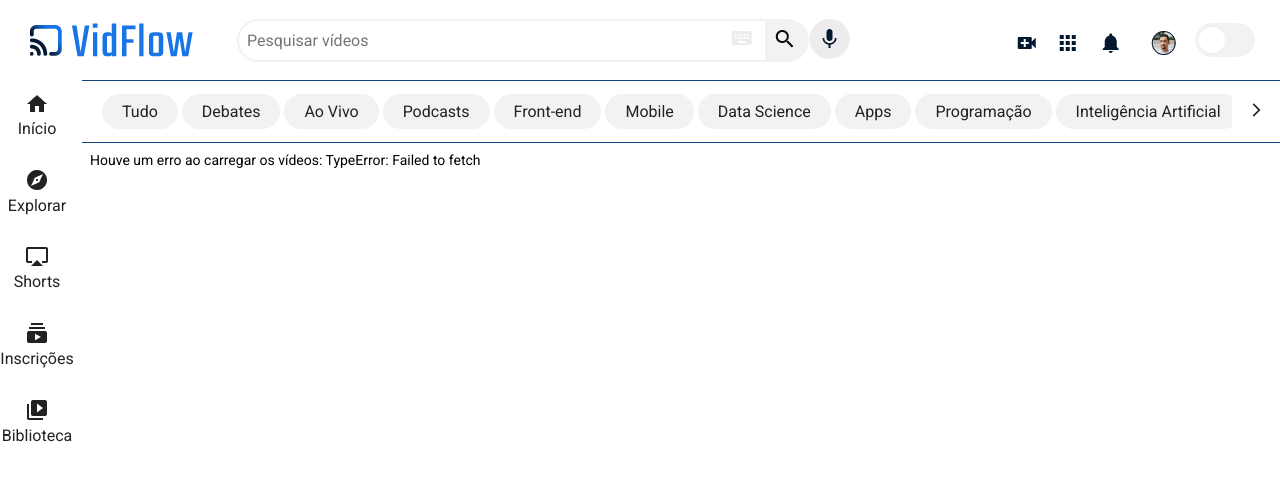
Repository: joaoPraiaJunior/curso-consumindo-api
Page: index.html
These files come from the project's save history. The page is drawn as it stood at one moment and after the next save; the edit follows.
The browser window is 1280 px wide. The pictures show the whole page.
The page's requests for data from a server got no answer.

Above is the page before, as saved 2024-07-24 18:49:39.

### index.html
<!DOCTYPE html>
<html lang="pt-br" dir="ltr">
<head>
    <meta charset="UTF-8">
    <meta name="viewport" content="width=device-width, initial-scale=1.0">
    <link href="https://fonts.googleapis.com/css2?family=Roboto:wght@400;500;700&display=swap" rel="stylesheet" />
    <link rel="stylesheet" href="./css/reset.css">
    <link rel="stylesheet" href="./css/estilos.css">
    <link rel="stylesheet" href="./css/flexbox.css">
    <title>VidFlow</title>
    <link rel="shortcut icon" href="./img/Favicon.png" type="image/x-icon">
    <script src="./js/script.js" defer></script>
</head>
<body>
    <header>
        <nav class="cabecalho__container">
            <div class="logo__item">
                <img src="./img/VidFlow--Logo-light-mode.png" alt="logo do VidFlow">
            </div>
            <div class="cabecalho__pesquisar__item">
                <form class="form__pesquisa">
                    <input type="search" name="pesquisar" class="pesquisar__input" placeholder="Pesquisar vídeos" data-js="barra-de-pesquisa">
                    <img src="./img/topbar/keyboard.png" alt="Ícone de teclado" class="pesquisar__input-teclado">
                    <button class="pesquisar__btn">
                        <img src="./img/topbar/search.png" alt="Ícone de lupa">
                    </button>
                    <button class="cabecalho__audio">
                        <img src="./img/topbar/Mic.png" alt="Ícone de microfone">
                    </button>
                </form>
            </div>
            <div class="cabecalho__icones__item">
                <a href="#" class="cabecalho__videos"></a>
                <a href="#" class="cabecalho__apps"></a>
                <a href="#" class="cabecalho__notificacoes"></a>
                <a href="#" class="cabecalho__avatar"></a>
                <label class="cabecalho__switch">
                    <input type="checkbox" class="cabecalho__switch-input">
                    <span class="cabecalho__switch-slider"></span>
                </label>
            </div>
        </nav>
    </header>

    <!-- Menu lateral -->

    <aside class="menu__container">
        <ul class="menu__lista">
            <li>
                <a class="menu__itens" href="#">
                    <i class="icone__inicio icone-item"></i>
                    <span>Início</span></a>
            </li>

            <li>
                <a class="menu__itens" href="#">
                    <i class="icone__explorar icone-item"></i>
                    <span>Explorar</span></a>
            </li>

            <li>
                <a class="menu__itens" href="#">
                    <i class="icone__shorts icone-item"></i>
                    <span>Shorts</span></a>
            </li>

            <li>
                <a class="menu__itens" href="#">
                    <i class="icone__inscricoes icone-item"></i>
                    <span>Inscrições</span></a>
            </li>

            <li>
                <a class="menu__itens" href="#">
                    <i class="icone__biblioteca icone-item"></i>
                    <span>Biblioteca</span></a>
            </li>
        </ul>

        <ul class="menu__lista">
            <li>
                <a class="menu__itens" href="#">
                    <i class="icone__historico icone-item"></i>
                    <span>Histórico</span></a>
            </li>

            <li>
                <a class="menu__itens" href="#">
                    <i class="icone__relogio icone-item"></i>
                    <span>Assistir mais tarde</span></a>
            </li>

            <li>
                <a class="menu__itens" href="#">
                    <i class="icone__like icone-item"></i>
                    <span>Marcados com like</span></a>
            </li>
        </ul>

        <ul class="menu__lista">
            <li>
                <a class="menu__itens" href="#">
                    <i class="icone__mostrar icone-item"></i>
                    <span>Mostrar mais 2</span></a>
            </li>

            <li>
                <a class="menu__itens" href="#">
                    <i class="icone__deschamps icone-item"></i>
                    <span>Felipe Deschamps</span></a>
            </li>

            <li>
                <a class="menu__itens" href="#">
                    <i class="icone__nerd icone-item"></i>
                    <span>Jovem Nerd</span></a>
            </li>

            <li>
                <a class="menu__itens" href="#">
                    <i class="icone__souto icone-item"></i>
                    <span>Mario Souto</span></a>
            </li>

            <li>
                <a class="menu__itens" href="#">
                    <i class="icone__iamarino icone-item"></i>
                    <span>Atila Iamarino</span></a>
            </li>

            <li>
                <a class="menu__itens" href="#">
                    <i class="icone__ballerini icone-item"></i>
                    <span>Rafaella Ballerini</span></a>
            </li>

            <li>
                <a class="menu__itens" href="#">
                    <i class="icone__gaveta icone-item"></i>
                    <span>Gaveta</span></a>
            </li>

            <li>
                <a class="menu__itens" href="#">
                    <i class="icone__alura icone-item"></i>
                    <span>Alura</span></a>
            </li>

            <li>
                <a class="menu__itens inscricoes" href="#">INSCRIÇÕES</a>
            </li>
        </ul>

        <ul class="menu__lista">
            <li class="jogos">
                <a class="menu__itens" href="#">
                    <i class="icone__jogos icone-item"></i>
                    <span>Jogos</span></a>
            </li>

            <li class="filmes">
                <a class="menu__itens" href="#">
                    <i class="icone__filmes icone-item"></i>
                    <span>Filmes</span></a>
            </li>
            <li class="premium">
                <a class="menu__itens" href="#">
                    <i class="icone__videos icone-item"></i>
                    <span>Vídeo Premium</span></a>
            </li>

            <li class="menu__itens">
                <a href="#">MAIS DA PÁGINA</a>
            </li>

        </ul>
    </aside>

    <section class="superior__secao__container">
        <div class="superior__secao__container-wrapper">
            <a href="#" name="Tudo" class="superior__item" data-js="categoria">Tudo</a>
            <a href="#" name="Debates" class="superior__item" data-js="categoria">Debates</a>
            <a href="#" name="Ao Vivo" class="superior__item" data-js="categoria">Ao Vivo</a>
            <a href="#" name="Podcasts" class="superior__item" data-js="categoria">Podcasts</a>
            <a href="#" name="Front-end" class="superior__item" data-js="categoria">Front-end</a>
            <a href="#" name="Mobile" class="superior__item" data-js="categoria">Mobile</a>
            <a href="#" name="Data Science" class="superior__item" data-js="categoria">Data Science</a>
            <a href="#" name="Apps" class="superior__item" data-js="categoria">Apps</a>
            <a href="#" name="Programação" class="superior__item" data-js="categoria">Programação</a>
            <a href="#" name="Inteligência Artificial" class="superior__item" data-js="categoria">Inteligência Artificial</a>
            <a href="#" name="Inovação" class="superior__item" data-js="categoria">Inovação</a>
        </div>

        <label class="superior__slider">
            <span><img src="./img/arrow_forward_ios.png" alt="Flecha direcionada para a direita"></span>
        </label>
    </section>

    <main>
        <ul class="videos__container" data-js="container-videos">

        </ul>
    </main>

</body>
</html>

### css/estilos.css
*,
*::before,
*::after {
    --azul-profundo: #01080E;
    --azul-escuro: #041832;
    --azul-medio: #144480;
    --azul-destaque-light: #1875E9;
    --azul-destaque-dark: #3985D8;
    --cinza-escuro: #222222;
    --cinza-medio: #C5C5C5;
    --cinza-claro: #F2F2F2;
    --branco: #FFFFFF;
    box-sizing: border-box;
}

body {
    font-family: Roboto, Arial, Helvetica, sans-serif;
    background-color: var(--branco);
    position: relative;
    width: 100%;
    height: 100vh;
    overflow: auto;
    font-size: 14px;
    color: var(--cinza-escuro);
    box-sizing: border-box;
    text-align: center;
}

/* CABEÇALHO */

.cabecalho__container {
    background-color: var(--branco);
    height: 80px;
    width: 100%;
    padding: 0 25px;
}

.logo__item {
    padding: 15px 0px;
    cursor: pointer;
}

.pesquisar__input {
    padding: 8px;
    border: 2px solid var(--cinza-claro);
    border-radius: 32px 0px 0px 32px;
    font-size: 16px;
}

.pesquisar__input-teclado{
    position: absolute;
    right: 16%;
    top: 30%;
}

.pesquisar__btn {
    background-color: var(--cinza-claro);
    border: 0px;
    border-radius: 0px 32px 32px 0px;
    padding: 8px;
    padding-right: 15px;
    border-left: none;
    cursor: pointer;
}

.cabecalho__audio {
    border: 0px;
    background-color: var(--branco);
}

.cabecalho__videos {
    background-image: url(../img/topbar/video_call.png);
    background-repeat: no-repeat;
    background-position: center;
    padding: 20px;
}

.cabecalho__apps {
    background-image: url(../img/topbar/apps.png);
    background-repeat: no-repeat;
    background-position: center;
    padding: 13px 30px 13px 13px;
}

.cabecalho__notificacoes {
    background-image: url(../img/topbar/notifications.png);
    background-repeat: no-repeat;
    background-position: center;
    padding: 13px 30px 13px 13px;
}

.cabecalho__avatar {
    background-image: url(../img/topbar/Avatar.png);
    background-repeat: no-repeat;
    background-position: center;
    padding: 13px 30px 13px 33px;
}

.cabecalho__switch {
    position: relative;
    display: inline-block;
    padding: 13px 30px 13px 13px;
    width: 60px;
    height: 34px;
  }

  .cabecalho__switch-input{
    opacity: 0;
    width: 0;
    height: 0;
  }

  .cabecalho__switch-slider {
    position: absolute;
    cursor: pointer;
    top: 0;
    left: 0;
    right: 0;
    bottom: 0;
    background-color: var(--cinza-claro);
    -webkit-transition: .4s;
    transition: .4s;
    border-radius: 34px;
  }

  .cabecalho__switch-slider:before {
    position: absolute;
    content: "";
    height: 26px;
    width: 26px;
    left: 4px;
    bottom: 4px;
    background-color: var(--branco);
    -webkit-transition: .4s;
    transition: .4s;
    border-radius: 50%;
  }

  .cabecalho__switch-input:checked + .cabecalho__switch-slider {
    background-color: var(--azul-destaque-light);
  }

  .cabecalho__switch-input:focus + .cabecalho__switch-slider {
    box-shadow: 0 0 1px var(--cinza-claro);
  }

  .cabecalho__switch-input:checked + .cabecalho__switch-slider:before {
    -webkit-transform: translateX(26px);
    -ms-transform: translateX(26px);
    transform: translateX(26px);
  }


/* SECAO SUPERIOR */

.superior__secao__container {
    height: 63px;
    color: var(--branco);
    font-size: 16px;
    background-color: var(--branco);
    padding: 0 20px;
    position: fixed;
    top: 80px;
    right: 0;
    left: 0;
    /* transition: transform 0.5s ease-in-out;
    transform: translateX(0); */
}

.superior__secao__container-wrapper{
    position: relative;
}

.superior__item {
    color: var(--cinza-escuro);
    font-size: 16px;
    background-color: var(--cinza-claro);
    border-radius: 20px;
    padding: 8px 20px;
    cursor: pointer;
    width: 200px;
}

.superior__item:hover {
    color: var(--branco);
    background-color: var(--azul-destaque-light);
    transition: .5s;
}

.superior__slider{
    position: absolute;
    right: 0%;
    width: 4%;
    height: 100%;
    background-color: var(--branco);
}

/* SEÇÃO VÍDEOS */

.videos__container {
    color: black;
    padding: 153px 20px 10px 20px;
}

iframe{
    border-radius: 10px;
    width: 100%;
    height: 62%;
}

.descricao-video .img-canal{
    border-radius: 100%;
    width: 40px;
    height: 40px;
}

.descricao-video .titulo-video {
    font-weight: 700;
    color: var(--cinza-escuro);
}

.descricao-video .titulo-canal {
    font-size: 14px;
    color: var(--cinza-escuro);
}

::-webkit-scrollbar{
    width: 0px;
    height: 0px;
}

@media(min-width: 834px) {

    body {
        height: 100vh;
    }

    /* ESTILOS DA SECAO SUPERIOR */

    .superior__secao__container {
        border-top: var(--azul-medio) 1px solid;
        border-bottom: var(--azul-medio) 1px solid;
        width: auto;
        left: 82px;
    }

    /*ESTILOS SEÇÃO VÍDEOS */

    .videos__container {
        padding-left: 90px;
        padding-right: 17px;
    }

}

@media(min-width: 1440px) {

    /* SEÇÃO SUPERIOR */

    .superior__secao__container {
        left: 247px;
    }

    /* ESTILOS VIDEOS */

    .videos__container {
        padding-right: 10px;
        padding-left: 248px;
    }
}

/* MENU LATERAL */

.menu__container {
    font-size: 14px;
    background-color: var(--branco);
}

.icone__inicio::before {
    content: url(../img/sidebar/home.png);
}

.icone__explorar::before {
    content: url(../img/sidebar/explore.png);
}

.icone__shorts::before {
    content: url(../img/sidebar/airplay.png);
}

.icone__inscricoes::before {
    content: url(../img/sidebar/subscriptions.png);
}

.icone__biblioteca::before {
    content: url(../img/sidebar/video_library.png);
}

.icone__historico::before {
    content: url(../img/sidebar/history.png);
}

.icone__relogio::before {
    content: url(../img/sidebar/history_toggle_off.png);
}

.icone__like::before {
    content: url(../img/sidebar/thumb_up_alt.png);
}

.icone__alura::before {
    content: url(../img/sidebar/Avatar_Alura.png);
}

.icone__gaveta::before {
    content: url(../img/sidebar/Avatar_Gaveta.png);
}

.icone__ballerini::before {
    content: url(../img/sidebar/Avatar_Rafa.png);
}

.icone__iamarino::before {
    content: url(../img/sidebar/Avatar_Atila.png);
}

.icone__souto::before {
    content: url(../img/sidebar/Avatar_Souto.png);
}

.icone__nerd::before {
    content: url(../img/sidebar/Avatar_Jovem_Nerd.png);
}

.icone__deschamps::before {
    content: url(../img/sidebar/Avatar_Deschamps.png);
}

.icone__mostrar::before {
    content: url(../img/sidebar/keyboard_arrow_down.png);
}

.icone__videos::before {
    content: url(../img/sidebar/ondemand_video.png);
}

.icone__filmes::before {
    content: url(../img/sidebar/movie.png);
}

.icone__jogos::before {
    content: url(../img/sidebar/sports_esports.png);
}

/* SECAO SUPERIOR */

.superior__secao__container {
    height: 63px;
    color: var(--branco);
    font-size: 16px;
    background-color: var(--branco);
    padding: 0 20px;
    position: fixed;
    top: 80px;
    right: 0;
    left: 0;
    /* transition: transform 0.5s ease-in-out;
    transform: translateX(0); */
}

.superior__secao__container-wrapper{
    position: relative;
}

.superior__item {
    color: var(--cinza-escuro);
    font-size: 16px;
    background-color: var(--cinza-claro);
    border-radius: 20px;
    padding: 8px 20px;
    cursor: pointer;
    width: 200px;
}

.superior__item:hover {
    color: var(--branco);
    background-color: var(--azul-destaque-light);
    transition: .5s;
}

.superior__slider{
    position: absolute;
    right: 0%;
    width: 4%;
    height: 100%;
    background-color: var(--branco);
}

/* SEÇÃO VÍDEOS */

.videos__container {
    color: black;
    padding: 153px 20px 10px 20px;
}

iframe{
    border-radius: 10px;
    width: 100%;
    height: 62%;
}

.descricao-video .img-canal{
    border-radius: 100%;
    width: 40px;
    height: 40px;
}

.descricao-video .titulo-video {
    font-weight: 700;
    color: var(--cinza-escuro);
}

.descricao-video .titulo-canal {
    font-size: 14px;
    color: var(--cinza-escuro);
}

::-webkit-scrollbar{
    width: 0px;
    height: 0px;
}

@media(min-width: 834px) {

    body {
        height: 100vh;
    }

    /* ESTILOS DO MENU LATERAL */

    .menu__container {
        font-size: 16px;
    }

    .menu__lista {
        padding-top: 15px;
    }

    .menu__lista li {
        width: 100%;
    }

    /* ESTILOS DA SECAO SUPERIOR */

    .superior__secao__container {
        border-top: var(--azul-medio) 1px solid;
        border-bottom: var(--azul-medio) 1px solid;
        width: auto;
        left: 82px;
    }

    /*ESTILOS SEÇÃO VÍDEOS */

    .videos__container {
        padding-left: 90px;
        padding-right: 17px;
    }

}

@media(min-width: 1440px) {

    /* SEÇÃO SUPERIOR */

    .superior__secao__container {
        left: 247px;
    }

    /* ESTILOS DO MENU LATERAL */

    .menu__lista {
        border-bottom: 1.5px solid var(--azul-medio);
    }

    /* ESTILOS VIDEOS */

    .videos__container {
        padding-right: 10px;
        padding-left: 248px;
    }

}

### css/flexbox.css
/* CABEÇALHO */

.cabecalho__container {
    display: flex;
    justify-content: space-between;
    align-items: center;
    position: fixed;
    top: 0;
  }

  .cabecalho__pesquisar__item {
    display: none;
  }

  .form__pesquisa {
    position: relative;
    flex: 1;
    display: flex;
    justify-content: center;
  }

  /* SECAO SUPERIOR */

  .superior__slider {
    display: none;
  }


  /* SEÇÃO SUPERIOR */

  .superior__secao__container {
    display: flex;
    align-items: center;
    white-space: nowrap;
    overflow: scroll;
    gap: 15px;
  }


  /* VIDEO */

  .videos__container {
    display: flex;
    flex-wrap: wrap;
    gap: 10px;
  }

  .videos__item {
    display: block;
    height: 303px;
    width: 280px;
    flex-grow: 1;
  }


  .descricao-video {
    margin-top: 1rem;
    display: grid;
    text-align: start;
    column-gap: 1rem;
    row-gap: 10px;
    grid-template-columns: auto 1fr;
  }

  .descricao-video .img-canal {
    grid-area: 1 / 1 / 3 / 2;
  }


  @media (min-width: 1156px) {
    /* CABEÇALHO */

    .cabecalho__pesquisar__item {
      display: block;
      transform: translate(-60px);
    }

    .pesquisar__input {
      width: 530px;
    }

    /* SECAO SUPERIOR */

    .superior__slider {
      display: flex;
      justify-content: center;
      align-items: center;
    }
  }

  /* CABEÇALHO */

.cabecalho__container {
  display: flex;
  justify-content: space-between;
  align-items: center;
  position: fixed;
  top: 0;
}

.cabecalho__pesquisar__item {
  display: none;
}

.form__pesquisa {
  position: relative;
  flex: 1;
  display: flex;
  justify-content: center;
}

/* SECAO SUPERIOR */

.superior__slider {
  display: none;
}

/* MENU */

.menu__container {
  position: fixed;
  bottom: 0%;
  height: 74px;
  width: 100%;
}

.menu__lista {
  display: flex;
  justify-content: space-around;
  height: 100%;
}

.menu__lista li {
  align-self: center;
}

.menu__itens {
  display: flex;
  flex-direction: column;
  gap: 5px;
}

.menu__lista:nth-child(2),
.menu__lista:nth-child(3),
.menu__lista:nth-child(4) {
  display: none;
}

/* SEÇÃO SUPERIOR */

.superior__secao__container {
  display: flex;
  align-items: center;
  white-space: nowrap;
  overflow: scroll;
  gap: 15px;
}


/* VIDEO */

.videos__container {
  display: flex;
  flex-wrap: wrap;
  gap: 10px;
}

.videos__item {
  display: block;
  height: 303px;
  width: 280px;
  flex-grow: 1;
}


.descricao-video {
  margin-top: 1rem;
  display: grid;
  text-align: start;
  column-gap: 1rem;
  row-gap: 10px;
  grid-template-columns: auto 1fr;
}

.descricao-video .img-canal {
  grid-area: 1 / 1 / 3 / 2;
}

@media (min-width: 834px) {
  /* MENU LATERAL*/

  .menu__container {
    left: 0;
    height: auto;
    width: 74px;
    top: 80px;
  }

  .menu__lista {
    flex-direction: column;
    justify-content: flex-start;
    padding-top: 15px;
    gap: 33px;
  }
}

@media (min-width: 1156px) {
  /* CABEÇALHO */

  .cabecalho__pesquisar__item {
    display: block;
    transform: translate(-60px);
  }

  .pesquisar__input {
    width: 530px;
  }

  /* SECAO SUPERIOR */

  .superior__slider {
    display: flex;
    justify-content: center;
    align-items: center;
  }
}

@media (min-width: 1440px) {
  /* MENU */

  .menu__container {
    width: 239px;
    overflow: scroll;
  }

  .menu__lista:nth-child(2),
  .menu__lista:nth-child(3),
  .menu__lista:nth-child(4) {
    display: flex;
  }

  .menu__lista {
    height: auto;
    padding: 20px 17px 20px 15px;
    gap: 15px;
  }

  .menu__itens {
    flex-direction: row;
    gap: 15px;
    align-items: center;
  }

  .menu__lista:nth-child(3) {
    flex-direction: column-reverse;
  }

  .jogos {
    order: 3;
  }

  .filmes {
    order: 2;
  }

  .premium {
    order: 1;
  }

  .maispagina {
    order: 4;
  }
}

### js/script.js
const elementos = {
    containerDeVideos: '[data-js="container-videos"]',
    barraDePesquisa: '[data-js="barra-de-pesquisa"]',
    botaoCategoria: '[data-js="categoria"]',
}

const containerDeVideos = document.querySelector(`${elementos.containerDeVideos}`);
const barraDePesquisa = document.querySelector(`${elementos.barraDePesquisa}`);
const botaoCategoria = document.querySelectorAll(`${elementos.botaoCategoria}`);

async function buscarEMostrarVideos() {

    try {
        const busca = await fetch('http://localhost:3000/videos');
        const videos = await busca.json();
        videos.forEach(video => {
            if (video.categoria === "") throw new Error("Vídeo não tem categoria");
            containerDeVideos.innerHTML += `
            <li class="videos__item">
                <iframe src="${video.url}" title="${video.titulo}" frameborder="0" allowfullscreen></iframe>
                <div class="descricao-video">
                    <img class="img-canal" src = "${video.imagem}" alt="Logo do Canal">
                    <h3 class="titulo-video">${video.titulo}</h3>
                    <p class="titulo-canal">${video.descricao}</p>
                    <p class="categoria" hidden>${video.categoria}</p>
                </div>
            </li>
        `;
        })
    } catch (error) {
        containerDeVideos.innerHTML = `<p> Houve um erro ao carregar os vídeos: ${error}</p>`;
    }
}

buscarEMostrarVideos();

barraDePesquisa.addEventListener('input', filtrarPesquisa);

function filtrarPesquisa() {
    const videos = document.querySelectorAll(".videos__item");
    const valorDoFiltro = barraDePesquisa.value.toLowerCase();
    videos.forEach((video) => {
        const titulo = video.querySelector(".titulo-video").textContent.toLowerCase();
        video.style.display = valorDoFiltro ? titulo.includes(valorDoFiltro) ? "block" : "none": "block";
    });
}

botaoCategoria.forEach(botao => {
    let nomeDaCategoria = botao.getAttribute('name');
    botao.addEventListener('click', () => filtrarPorCategoria(nomeDaCategoria));
});

function filtrarPorCategoria(categoria) {
    console.log(categoria);
    const videos = document.querySelectorAll(".videos__item");
    const valorDoFiltro = categoria.toLowerCase();
    videos.forEach((video) => {
        const categoria = video.querySelector(".categoria").textContent.toLowerCase()
        video.style.display =  valorDoFiltro !== "tudo" ? categoria.includes(valorDoFiltro) ? "block" : "none" : "block";
    });
}

Loaded but not shown: css/reset.css (common file)

After the next save:
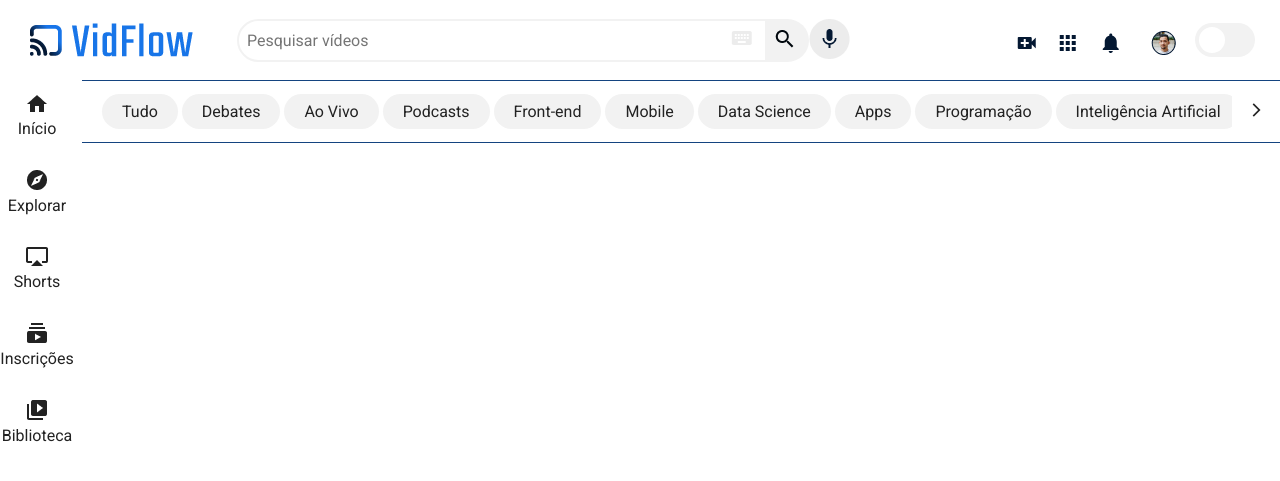
Console error: SyntaxError: Unexpected token ';'
Saved 3 min 34 s later.
--- a/js/script.js
+++ b/js/script.js
@@ -56,6 +56,6 @@
     const valorDoFiltro = categoria.toLowerCase();
     videos.forEach((video) => {
         const categoria = video.querySelector(".categoria").textContent.toLowerCase()
-        video.style.display =  valorDoFiltro !== "tudo" ? categoria.includes(valorDoFiltro) ? "block" : "none" : "block";
+        video.style.display =  valorDoFiltro !== "tudo" ? categoria.includes(valorDoFiltro) ? "block" : "none";
     });
 }

After the save that followed:
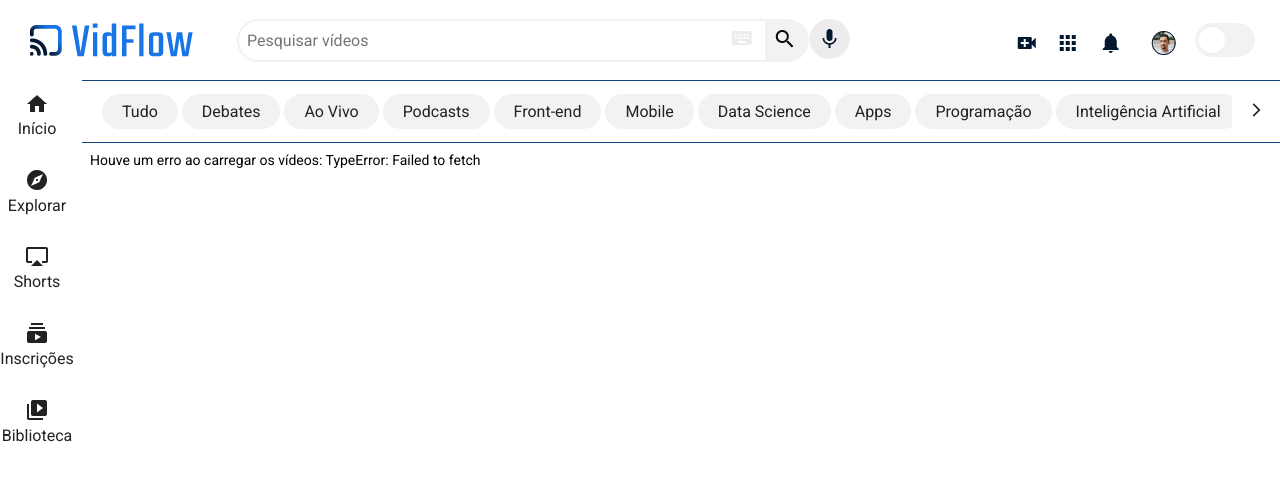
The error is gone.
Saved 13 s later.
--- a/js/script.js
+++ b/js/script.js
@@ -56,6 +56,6 @@
     const valorDoFiltro = categoria.toLowerCase();
     videos.forEach((video) => {
         const categoria = video.querySelector(".categoria").textContent.toLowerCase()
-        video.style.display =  valorDoFiltro !== "tudo" ? categoria.includes(valorDoFiltro) ? "block" : "none";
+        video.style.display =  valorDoFiltro !== "tudo" ? categoria.includes(valorDoFiltro) ? "block" : "none" : "block";
     });
 }
